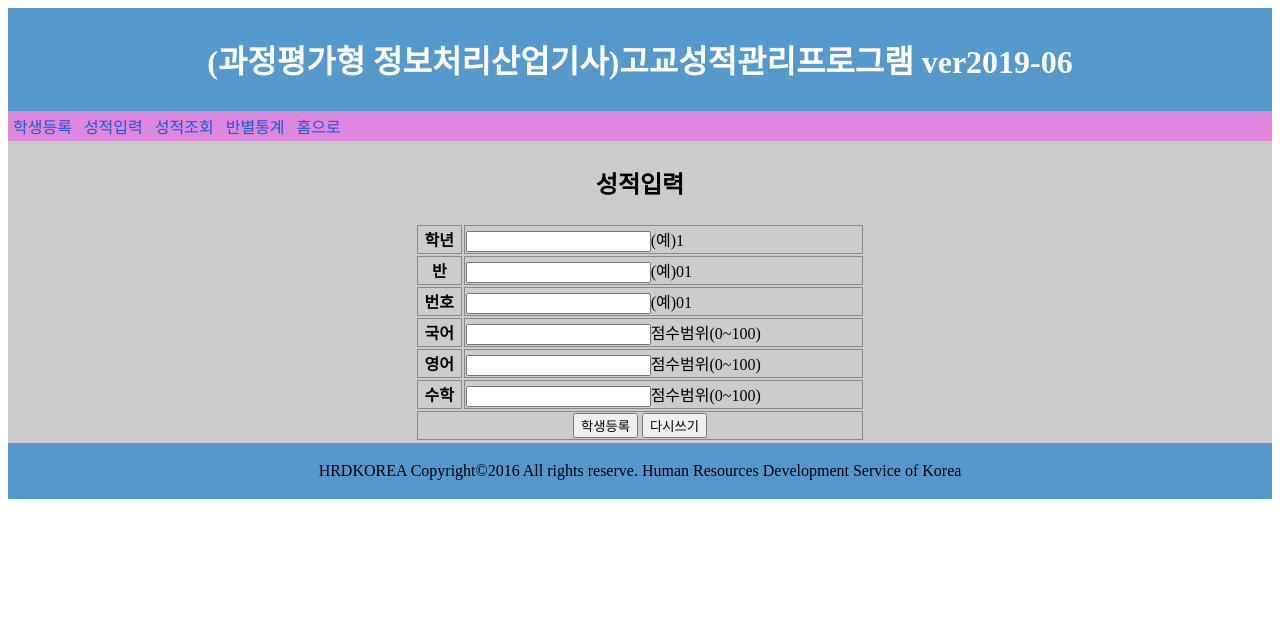
Repository: bolbbal/jdbc
Page: http://localhost/cbq_99/sub2.jsp
An editor plug-in stored every save of this project. The page is shown before and after the next save, followed by the edit.
The browser window is 1280 px wide. The pictures show the whole page.
The page is served by Tomcat 9.

Above is the page before, as saved 2024-08-26 07:55:59.

After the next save:
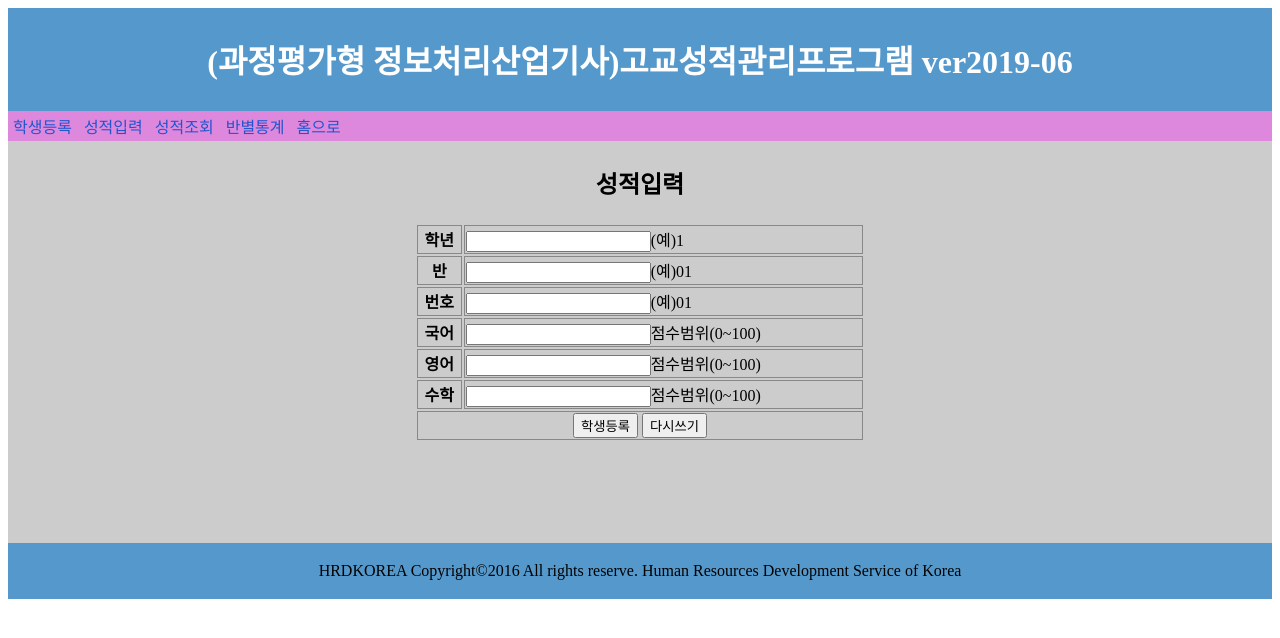
Saved 24 s later.
--- a/javastudy18/jspStudy/cbq_99/cbq_99/WebContent/sub2.jsp
+++ b/javastudy18/jspStudy/cbq_99/cbq_99/WebContent/sub2.jsp
@@ -36,6 +36,7 @@ a {
 section {
 	padding: 1px;
 	background: #CCC;
+	height:400px;
 }
 
 h2 {
